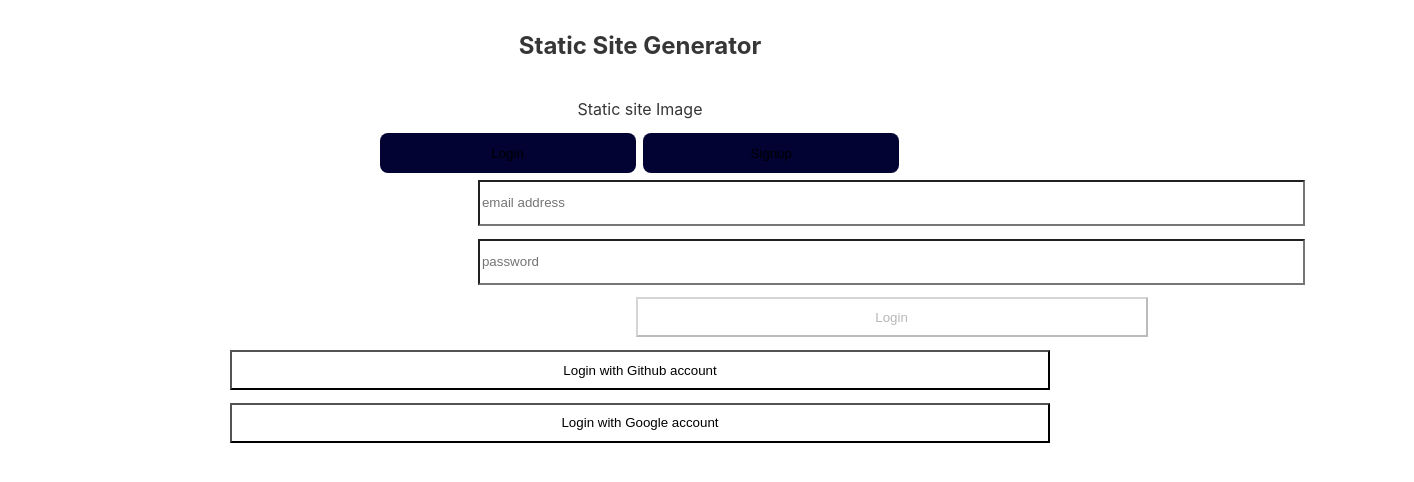
Repository: ValGrace/static-site-generator
Page: / (app in client-frontend/)
These files come from the project's save history. The page is drawn as it stood at one moment and after the next save; the edit follows.
The browser window is 1280 px wide. The page is 1404 px wide, then 1414 px, so the pictures cover 1414 px, including what lies to the right of the window. The pictures show the whole page.
The project was rebuilt for these pictures with package versions that can differ from the ones it lists, and the page was loaded fresh each time. Also part of the build but not shown: client-frontend/vite.config.js, client-frontend/src/Components/Signup.jsx, client-frontend/src/App.css.

Above is the page before, as saved 2023-02-04 13:14:06.

After the next save:
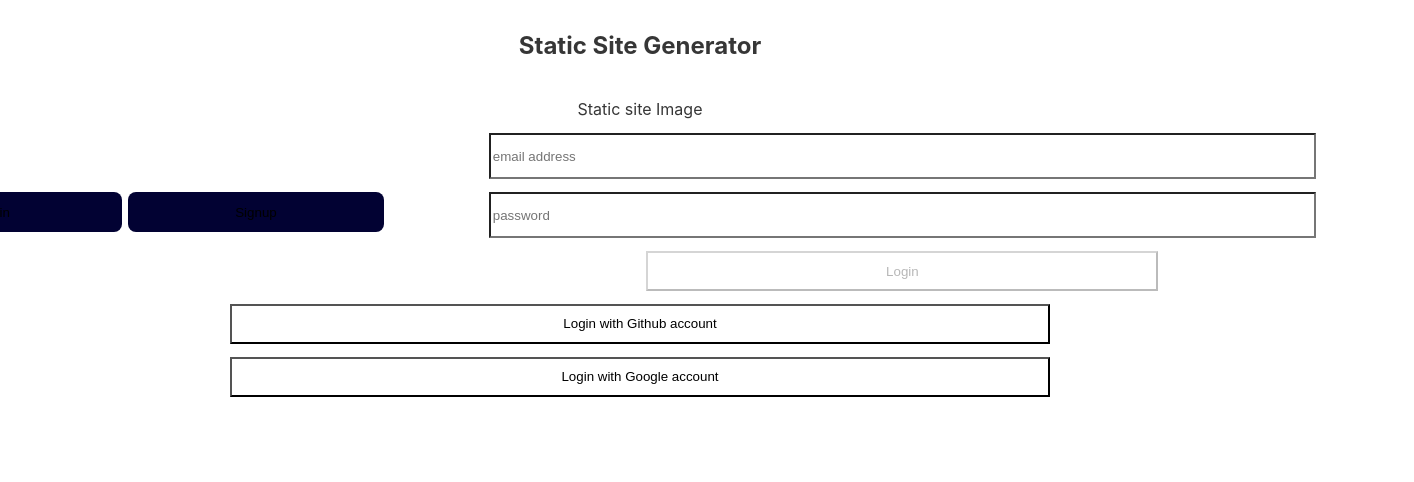
Saved 67 s later.
--- a/client-frontend/src/Components/Inputs.css
+++ b/client-frontend/src/Components/Inputs.css
@@ -20,8 +20,8 @@ input, button {
 }
 
 .toggleForms {
-    display: grid;
-    grid-template-columns: 20% 20%;
+    display: flex;
+    flex-direction: row;
     gap: 0.4em;
     justify-content: center;
     align-items: center;
